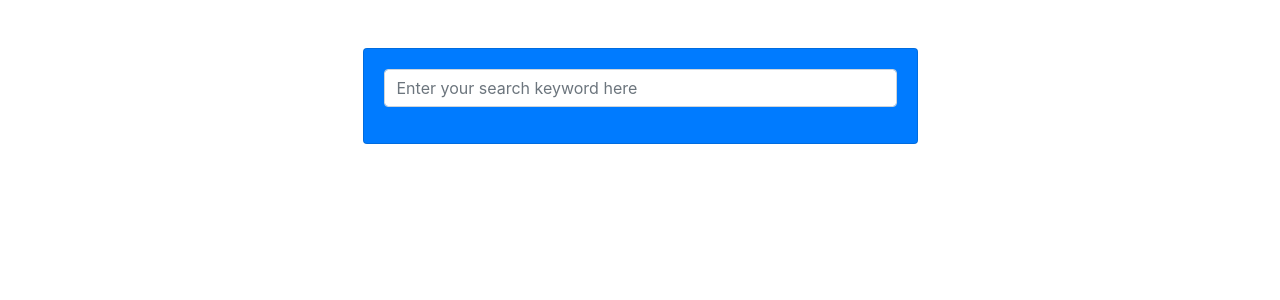
Repository: modinilesh/SpringMVC
Page: http://localhost/springmvcsearch/home
The author's editor kept a copy of each file at every save. The page is drawn from the files as they stood at one save, then again after the next save.
The browser window is 1280 px wide. The pictures show the whole page.
Some web libraries are served in a nearby version. The page is served by Tomcat 9.

Above is the page before, as saved 2023-10-20 07:17:39.

After the next save:
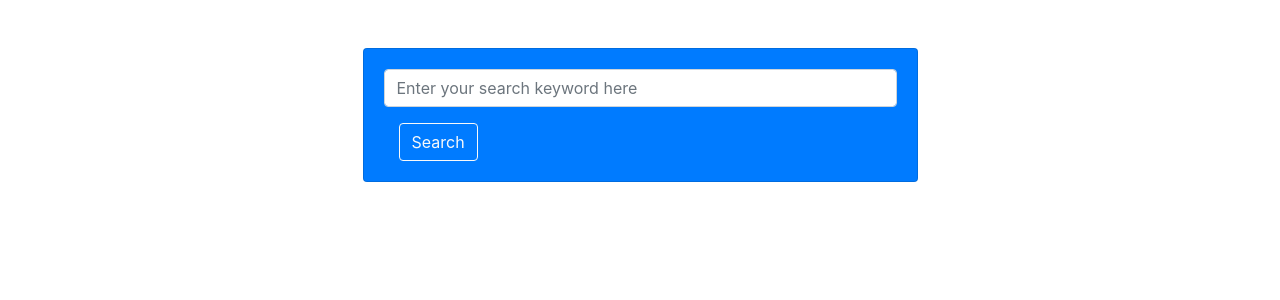
Saved 3 min 4 s later.
--- a/springmvcsearch/src/main/webapp/WEB-INF/views/home.jsp
+++ b/springmvcsearch/src/main/webapp/WEB-INF/views/home.jsp
@@ -29,6 +29,11 @@
 							placeholder="Enter your search keyword here" class="form-control" />
 					</div>
 
+					<div class="container">
+						<button class="btn btn-outline-light">
+							Search
+						</button>
+					</div>
 
 				</form>
 
